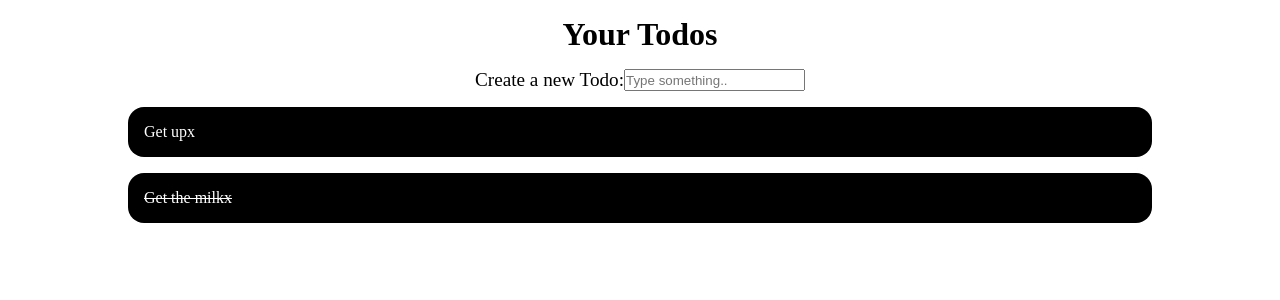
Repository: Heeeeeppo/todo-list
Page: / (app in frontend/)
The author's editor kept a copy of each file at every save. The page is drawn from the files as they stood at one save, then again after a run of saves.
The browser window is 1280 px wide. The pictures show the whole page.
The project was rebuilt for these pictures with package versions that can differ from the ones it lists, and the page was loaded fresh each time.

Above is the page before, as saved 2023-11-07 19:35:52.

After the next 2 saves:
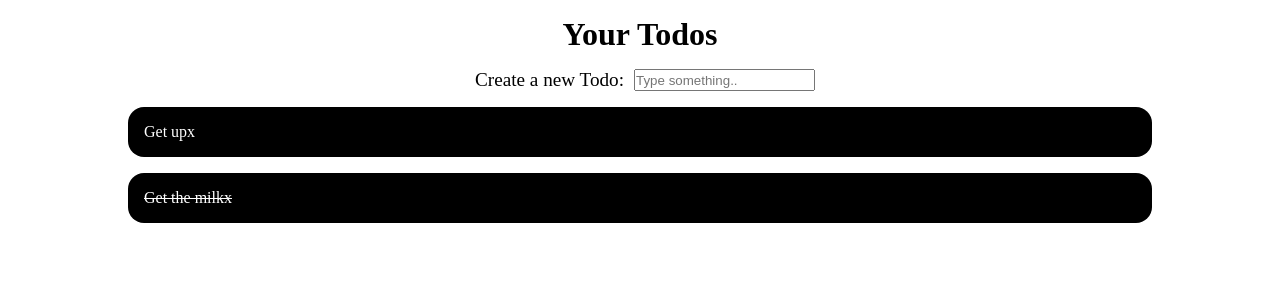
The 2 saves are shown as one change because they came seconds apart.
The last was saved 15 s later.
--- a/frontend/src/index.css
+++ b/frontend/src/index.css
@@ -23,6 +23,7 @@ h1 {
 
 label {
   font-size: 1.2rem;
+  margin: 0 10px;
 }
 
 .todo {
